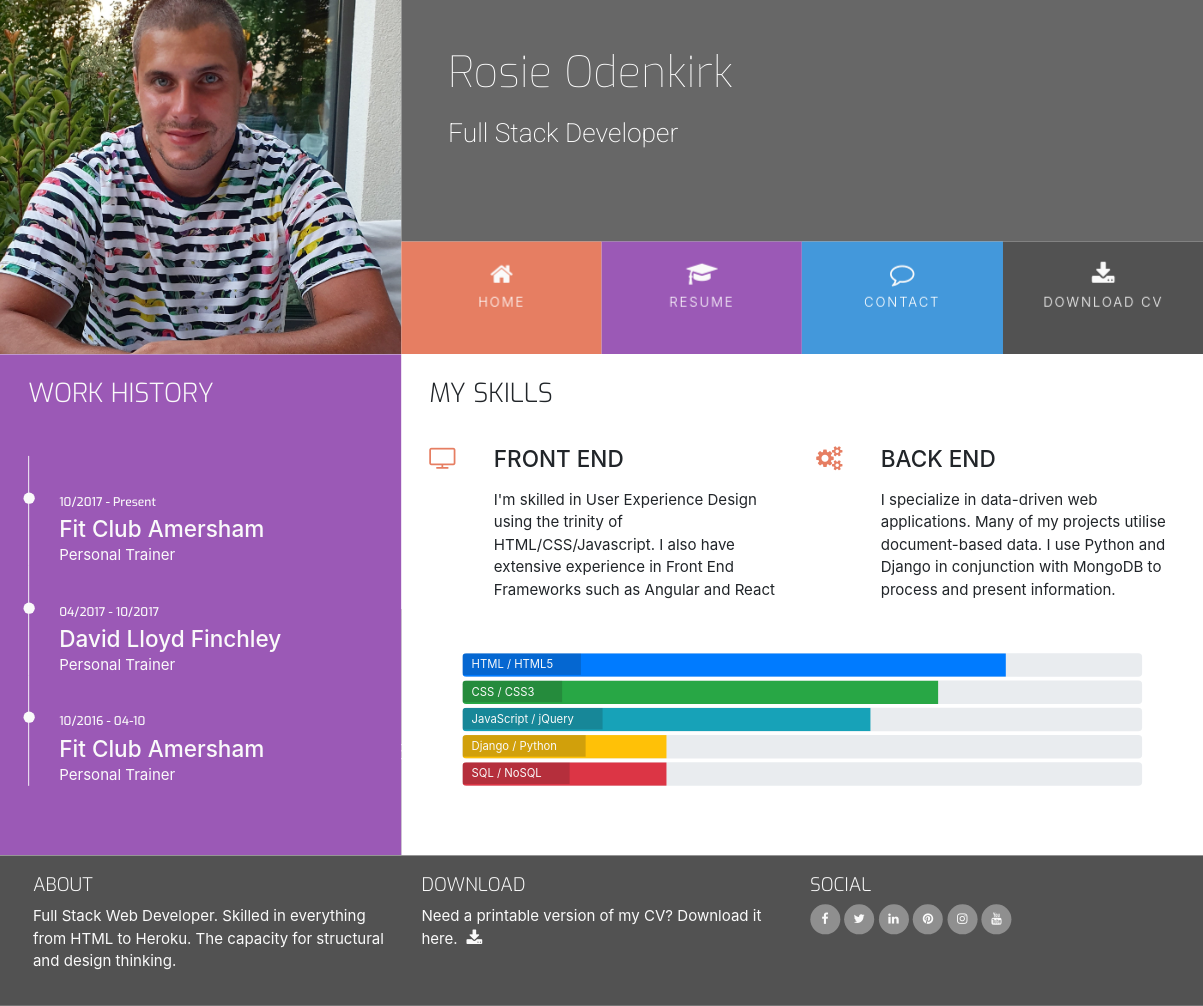
Repository: marcomoreschi/Mini-Project
Page: resume.html
The author's editor kept a record of every edit. The page is drawn from the files as they stood at one moment, then again after the next edit.
The browser window is 1280 px wide. The pictures show the whole page, at 94% of full size.
Some web libraries are served in a nearby version.

Above is the page before.

### resume.html
<!DOCTYPE html>
<html lang="en">
<head>
    <meta charset="UTF-8">
    <meta name="viewport" content="width=device-width, initial-scale=1.0">
    <meta http-equiv="X-UA-Compatible" content="ie=edge">
    <link rel="stylesheet" href="https://maxcdn.bootstrapcdn.com/bootstrap/4.2.1/css/bootstrap.min.css" type="text/css" />
    <link rel="stylesheet" href="https://maxcdn.bootstrapcdn.com/font-awesome/4.7.0/css/font-awesome.min.css" type="text/css" />
    <link rel="stylesheet" href="https://cdnjs.cloudflare.com/ajax/libs/hover.css/2.1.1/css/hover-min.css" type="text/css" />
    <link rel="stylesheet" href="assets/css/style.css">
    <title>Marco</title>
</head>
<body>
    <header>
        <div class="row no-gutters">
            <a class="col-md-4 logo" href="02-index.html"></a>
            <div class="col-md-8">
                <div class="row no-gutters bg-color-name-title">
                    <div class="col heading">
                        <h1 class="name">Rosie Odenkirk</h1>
                        <h2 class="title"> Full Stack Developer</h2>
                    </div>
                </div>
                <div class="row no-gutters">
                    <div class="col">
                        <ul id="nav" class="list-inline menucontainer">
                            <li class="col-6 col-sm-3 list-inline-item ui-menu-color-home menuitem">
                                <a href="#" class="hvr-sweep-to-bottom"><i class="fa fa-home" aria-hidden="true"></i><span>Home</span></a>
                            </li>
                            <li class="col-6 col-sm-3 list-inline-item ui-menu-color-resume menuitem">
                                <a href="#" class="hvr-sweep-to-bottom"><i class="fa fa-graduation-cap" aria-hidden="true"></i><span>Resume</span></a>
                            </li>
                            <li class="col-6 col-sm-3 list-inline-item ui-menu-color-contact menuitem">
                                <a href="#" class="hvr-sweep-to-bottom"><i class="fa fa-comment-o" aria-hidden="true"></i><span>Contact</span></a>
                            </li>
                            <li class="col-6 col-sm-3 list-inline-item ui-menu-color-download menuitem">
                                <a href="#" class="hvr-sweep-to-bottom"><i class="fa fa-download" aria-hidden="true"></i><span>Download CV</span></a>
                            </li>
                        </ul>
                    </div>
                </div>
            </div>
        </div>
    </header>
    <section class="container-fluid">
        <div class="row">
            <div class="col-md-4 bg-color-work-history section-column">
                <div class="row">
                    <div class="col-12">
                        <h3 class="history-heading uppercase">
                            Work History
                        </h3>
                    </div>
                </div>
                <div class="timeline-item" data-dates= "10/2017 - Present">
                    <h4>Fit Club Amersham</h4>
                    <p>Personal Trainer</p>
                </div>
                <div class="timeline-item" data-dates= "04/2017 - 10/2017">
                    <h4>David Lloyd Finchley</h4>
                    <p>Personal Trainer</p>
                </div>
                <div class="timeline-item" data-dates= "10/2016 - 04-10">
                    <h4>Fit Club Amersham</h4>
                    <p>Personal Trainer</p>
                </div>
            </div>
            <div class="col-md-8 bg-color-three-reasons section-column">
                <div class="row">
                    <div class="col">
                        <h3 class="section-heading uppercase">My Skills</h3>
                    </div>
                </div>
                <div class="row">
                    <div class="col-10 offset-1 offset-sm-0 col-sm-4 col-md-6">
                        <div class="row">
                            <div class="col-2">
                                <i class="three-reasons-icon fa fa-tv" aria-hidden="true"></i>
                            </div>
                            <div class="col-10">
                                <h4 class="three-reasons-heading uppercase">Front End</h4>
                                <p>
                                    I'm skilled in User Experience Design using the trinity of HTML/CSS/Javascript. I also have extensive experience in Front End Frameworks such as Angular and React
                                </p>
                            </div>
                        </div>
                    </div>
                    <div class="col-10 offset-1 offset-sm-0 col-sm-4 col-md-6">
                        <div class="row">
                            <div class="col-2">
                                <i class="three-reasons-icon fa fa-gears" aria-hidden="true"></i>
                            </div>
                            <div class="col-10">
                                <h4 class="three-reasons-heading uppercase">Back End</h4>
                                <p>
                                    I specialize in data-driven web applications. Many of my projects utilise document-based data. I use Python and Django in conjunction with MongoDB to process and present information.
                                </p>
                            </div>
                        </div>
                    </div>
                </div>
                <div class="row progress-section">
                    <div class="col">
                        <div class="progress">
                            <div class="progress-bar" role="progressbar" aria-valuenow="80" aria-valuemin="0" aria-valuemax="100" style="width:80%;">
                                <span class="sr-only">80% complete</span>
                            </div>
                            <span class="progress-type">HTML / HTML5</span>
                        </div>
                        <div class="progress">
                            <div class="progress-bar bg-success" role="progressbar" aria-valuenow="70" aria-valuemin="0" aria-valuemax="100" style="width:70%;">
                                <span class="sr-only">70% complete</span>
                            </div>
                            <span class="progress-type">CSS / CSS3</span>
                        </div>
                        <div class="progress">
                            <div class="progress-bar bg-info" role="progressbar" aria-valuenow="60" aria-valuemin="0" aria-valuemax="100" style="width:60%;">
                                <span class="sr-only">60% complete</span>
                            </div>
                            <span class="progress-type">JavaScript / jQuery</span>
                        </div>
                        <div class="progress">
                            <div class="progress-bar bg-warning" role="progressbar" aria-valuenow="30" aria-valuemin="0" aria-valuemax="100" style="width:30%;">
                                <span class="sr-only">30% complete</span>
                            </div>
                            <span class="progress-type">Django / Python</span>
                        </div>
                        <div class="progress">
                            <div class="progress-bar bg-danger" role="progressbar" aria-valuenow="30" aria-valuemin="0" aria-valuemax="100" style="width:30%;">
                                <span class="sr-only">30% complete</span>
                            </div>
                            <span class="progress-type">SQL / NoSQL</span>
                        </div>
                    </div>
                </div>
            </div>
        </div>

    </section>
    <footer class="container-fluid">
        <div id="footer-details" class="row">
            <div class="col-sm-4">
                <h5 class="uppercase general-sub">About</h5>
                <p class="inline-block">
                    Full Stack Web Developer. Skilled in everything from HTML to Heroku. The capacity for structural and design thinking.
                </p>
            </div>
            <div class="col-sm-4">
                <h5 class="uppercase general-sub">Download</h5>
                <p class="inline-block">
                    Need a printable version of my CV? Download it here.
                    <a href="#" target="_blank" class="cv-pdf">
                        <i class="fa fa-download" aria-hidden="true"></i>
                        <span class="sr-only">Download link.</span>
                    </a>
                </p>
            </div>
            <div class="col-sm-4">
                <h5 class="uppercase general-sub">Social</h5>
                <ul class="list-inline social-links">
                    <li class="list-inline-item">
                        <a target="_blank" href="#">
                            <i class="fa fa-facebook" aria-hidden="true"></i>
                            <span class="sr-only">Facebook</span>
                        </a>
                    </li>
                    <li class="list-inline-item">
                        <a target="_blank" href="#">
                            <i class="fa fa-twitter" aria-hidden="true"></i>
                            <span class="sr-only">Twitter</span>
                        </a>
                    </li>
                    <li class="list-inline-item">
                        <a target="_blank" href="#">
                            <i class="fa fa-linkedin" aria-hidden="true"></i>
                            <span class="sr-only">LinkedIn</span>
                        </a>
                    </li>
                    <li class="list-inline-item">
                        <a target="_blank" href="#">
                            <i class="fa fa-pinterest" aria-hidden="true"></i>
                            <span class="sr-only">Pinterest</span>
                        </a>
                    </li>
                    <li class="list-inline-item">
                        <a target="_blank" href="#">
                            <i class="fa fa-instagram" aria-hidden="true"></i>
                            <span class="sr-only">Instagram</span>
                        </a>
                    </li>
                    <li class="list-inline-item">
                        <a target="_blank" href="#">
                            <i class="fa fa-youtube" aria-hidden="true"></i>
                            <span class="sr-only">YouTube</span>
                        </a>
                    </li>
                </ul>
            </div>
        </div>
    </footer>
</body>
</html>

### assets/css/style.css
@import url('https://fonts.googleapis.com/css?family=Roboto:100,200,300,400,500,600,700|Exo:100,200,300,400,500,600,700');

/* -----------------------------------------Colour */

.bg-color-name-title {
    background-color: #676767;
}

.bg-color-three-reasons {
    background-color: #fff;
}

.bg-color-personal-info {
    background-color: #f4f4f4;
}

.bg-color-work-history{
    background-color: #9b59b6;
}

.ui-menu-color-home {
    background-color: #e67e62;
}

.ui-menu-color-resume {
    background-color: #9b59b6;
}

.ui-menu-color-contact {
    background-color: #4398db;
}

.ui-menu-color-download {
    background-color: #525252;
}



/* -----------------------------------------Special paddings/text/margins */

h1,
h2,
h3,
h4 {
    margin: 0;
}

.uppercase {
    text-transform: uppercase;
}

.general-sub {
    font-family: "Exo", sans-serif;
    font-weight: 300;
    color: #fafafa
}

.inline-block {
    display: inline-block;
}

.row-table {
    display: table;
}

.section-column {
    display: table-cell;
    padding: 0 30px 30px;
    float: none;
}

.history-heading,
.section-heading {
    font-family: "Exo", sans-serif;
    font-weight: 300;
    margin-top: 25px;
    margin-bottom: 40px;
}

/* -----------------------------------------Heading */

header {
    margin: 0;
}

.heading {
    margin-left: 50px;
}

.logo {
    background: url("../images/marco.jpg");
    background-position: center;
    background-repeat: no-repeat;
    background-size: cover;
    min-height: 360px;
    transition: all .5s ease-in-out;
    -moz-transition: all .5s ease-in-out;
    -webkit-transition: all .5s ease-in-out;
}

.name {
    font-family: "Exo", sans-serif;
    font-weight: 100;
    font-size: 46px;
    margin-top: 50px;
    color: #fff;
}

.title {
    font-family: "Roboto", sans-serif;
    font-weight: 200;
    font-size: 28px;
    margin-top: 20px;
    margin-bottom: 98px;
    color: #fff;
}

.list-inline-item:not(:last-child) {
    margin: 0;
}

.menucontainer {
    font-size: 0;
}

#nav {
    margin: 0;
}

#nav li {
    font-size: 14px;
    padding: 0;
}

.menuitem {
    height: 120px;
    text-align: center;
    padding: 0;
}

.menuitem a {
    width: 100%;
    text-decoration: none;
    color: #fff;
    height: 120px;
}

.menuitem a i {
    padding-top: 22px;
    display: block;
    color: #fafafa;
    font-size: 26px;
}

.menuitem span {
    display: block;
    width: 100%;
    padding-top: 5px;
    text-align: center;
    text-transform: uppercase;
    font-size: 14px;
    font-weight: 300;
    letter-spacing: 2px;
}

/* -----------------------------------------Hover.css */

.hvr-sweep-to-bottom:before {
    background-color: rgba(0, 0, 0, 0.2);
    height: 120px;
}

/* -----------------------------------------Footer */

footer {
    background-color: #525252;
    color: #fafafa;
    min-height: 120px;
    margin: 0;
}

.cv-pdf i {
    font-size: 18px;
    color: #fafafa;
    text-align: center;
    padding-left: 5px;
    -moz-transition: all 0.35s ease-in-out;
    -webkit-transition: all 0.35s ease-in-out;
    -o-transition: all 0.35s ease-in-out;
}

.cv-pdf i:hover {
    color: #e84610;
}

.cv-pdf i:hover {
    color: #e84610;
}

.social-links {
    padding-bottom: 15px;
}

.social-links li a i {
    width: 32px;
    height: 32px;
    padding: 12px 0;
    border-radius: 50%;
    font-size: 13px;
    line-height: 7px;
    text-align: center;
    color: #fafafa;
    background: #8f8f8f;
    transition: all 0.35s ease-in-out;
    -moz-transition: all 0.35s ease-in-out;
    -webkit-transition: all 0.35s ease-in-out;
    -o-transition: all 0.35s ease-in-out;
}

.social-links li a i:hover {
    background: #e84610;
}

#footer-details {
    padding: 20px;
}

/* -----------------------------------------Three Reasons */

.three-reasons-icon {
    font-size: 26px;
    color: #e67e62;
}

.three-reasons-heading {
    margin-bottom: 15px;
}

/* -----------------------------------------Personal Info */

.personal-info-item {
    margin-bottom: 20px;
    display: block;
    clear: both;
}

.personal-info-item .key,
.personal-info-item .value {
   padding-right: 8px;
   display: inline-block;
}

.personal-info-item .key p,
.personal-info-item .value p {
    margin: 0;
}

.personal-info-item .key {
    width: 30%;
    margin-right: 21px;
    padding-top: 2px;
    vertical-align: top;
}

.personal-info-item .key p {
    font-weight: 700;
}

.personal-info-item .value {
    position: relative;
    width: 60%;
}

/* -----------------------------------------Skills */

.progress {
    position: relative;
    height: 25px;
    margin-bottom: 4px;
}

.progress-type {
    position: absolute;
    left: 0;
    font-weight: 400;
    padding: 3px 30px 2px 10px;
    color: #fafafa;
    background-color: rgba(25, 25, 25, 0.2);
}

.progress-section {
    margin: 40px 20px;
}

/* -----------------------------------------Work Hystory */

.history-heading {
    color: #fafafa;
    margin-bottom: 50px;
}

.timeline-item {
    padding: 4em 2em 0em 2em;
    position: relative;
    color: #fafafa;
    border-left: 1px solid;
}

.timeline-item p {
    padding: 0;
    margin: 0;
}

.timeline-item:before {
    content: attr(data-dates);
    position: absolute;
    left: 2.5em;
    top: 3em;
    display: block;
    font-family: "Exo", sans-serif;
    font-weight: 500;
    font-size: 0.8em;
    padding: 0;
    margin: 0;
}

.timeline-item:after {
    width: 12px;
    height: 12px;
    display: block;
    top: 2.4em;
    position: absolute;
    left: -6px;
    border-radius: 12px;
    content: '';
    background: #fafafa;
}

.history-items {
    margin-bottom: 30px;
}

After the next edit:
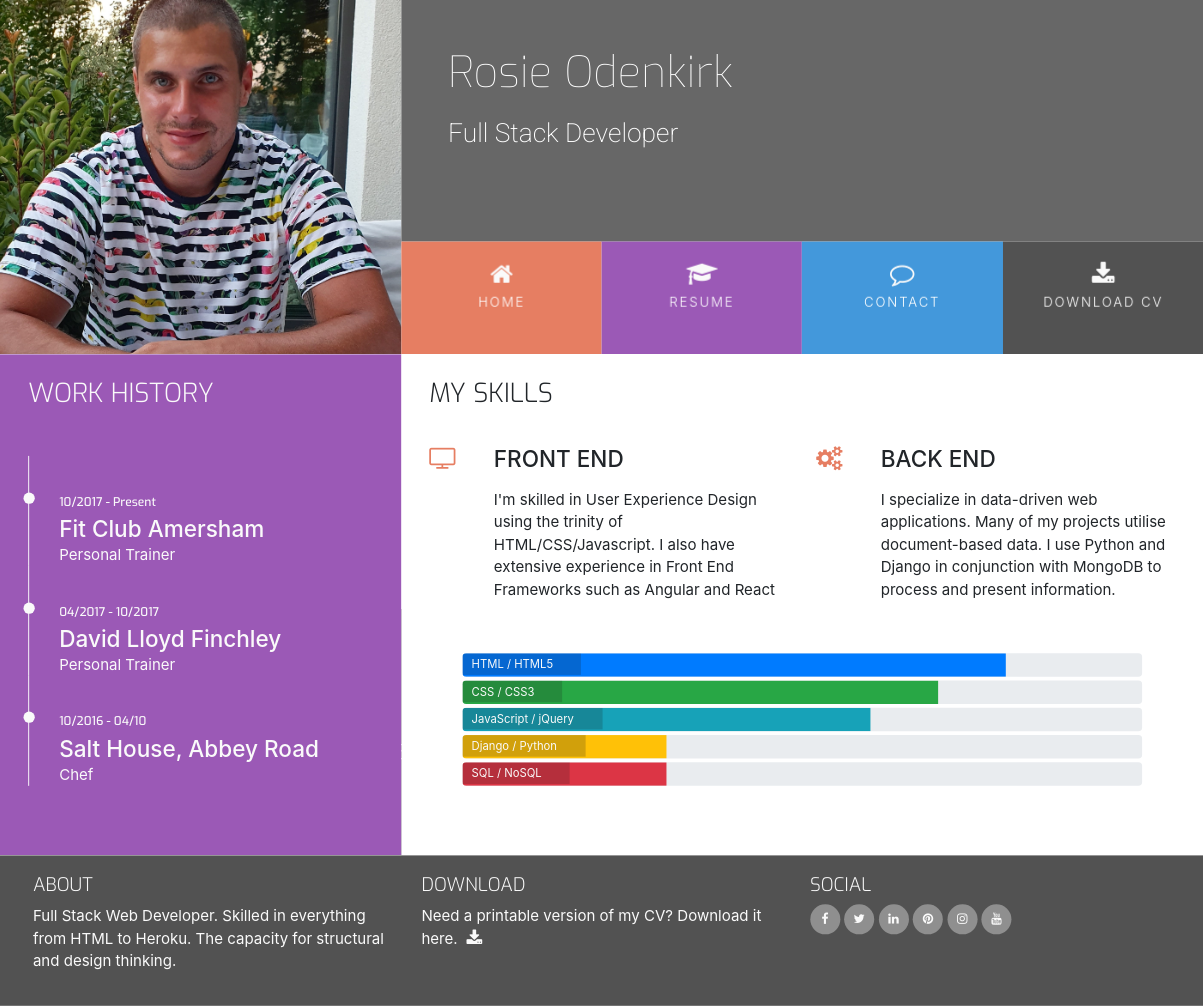
The edit:
--- a/resume.html
+++ b/resume.html
@@ -60,9 +60,9 @@
                     <h4>David Lloyd Finchley</h4>
                     <p>Personal Trainer</p>
                 </div>
-                <div class="timeline-item" data-dates= "10/2016 - 04-10">
-                    <h4>Fit Club Amersham</h4>
-                    <p>Personal Trainer</p>
+                <div class="timeline-item" data-dates= "10/2016 - 04/10">
+                    <h4>Salt House, Abbey Road</h4>
+                    <p>Chef</p>
                 </div>
             </div>
             <div class="col-md-8 bg-color-three-reasons section-column">
